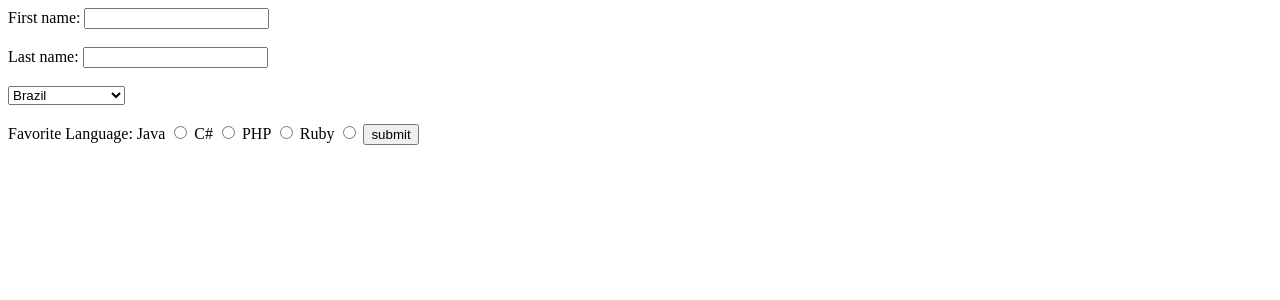
Repository: cs2252/spring-udemy
Page: http://localhost/spring-mvc-demo/student/showForm
These files come from the project's save history. The page is drawn as it stood at one moment and after a run of saves; the edit follows.
The browser window is 1280 px wide. The pictures show the whole page.
The page is served by Tomcat 9. The template is opened directly, without the code that normally fills it, so the values that code supplies are empty.

Above is the page before, as saved 2020-06-17 10:48:05.

After the next 2 saves:
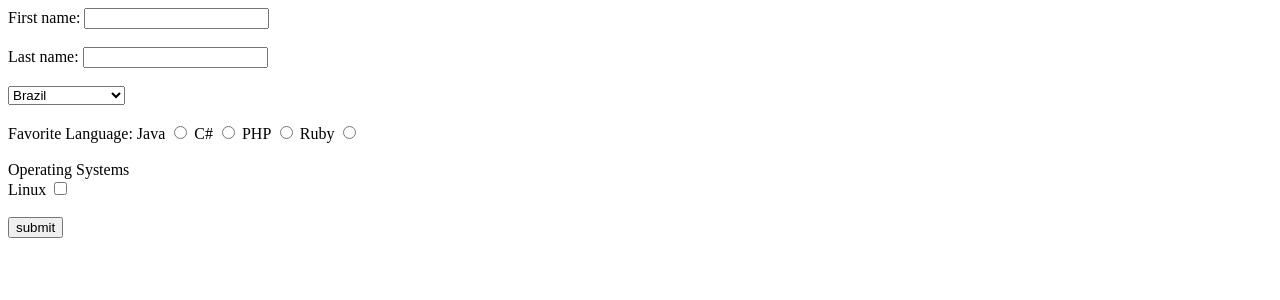
The 2 saves are shown as one change because 1 did not build or start.
The last was saved 4 min 51 s later.
--- a/spring-mvc-demo/WebContent/WEB-INF/view/student-form.jsp
+++ b/spring-mvc-demo/WebContent/WEB-INF/view/student-form.jsp
@@ -26,7 +26,10 @@
 	PHP <form:radiobutton path="favoriteLanguage" value="PHP" />
 	Ruby <form:radiobutton path="favoriteLanguage" value="RUBY" />
 
-
+	<br><br>
+	Operating Systems<br>
+	Linux <form:checkbox path="operatingSystems" value="Linux"/>
+	<br><br>
 	<input type="submit" value="submit" />
 	</form:form>
 
